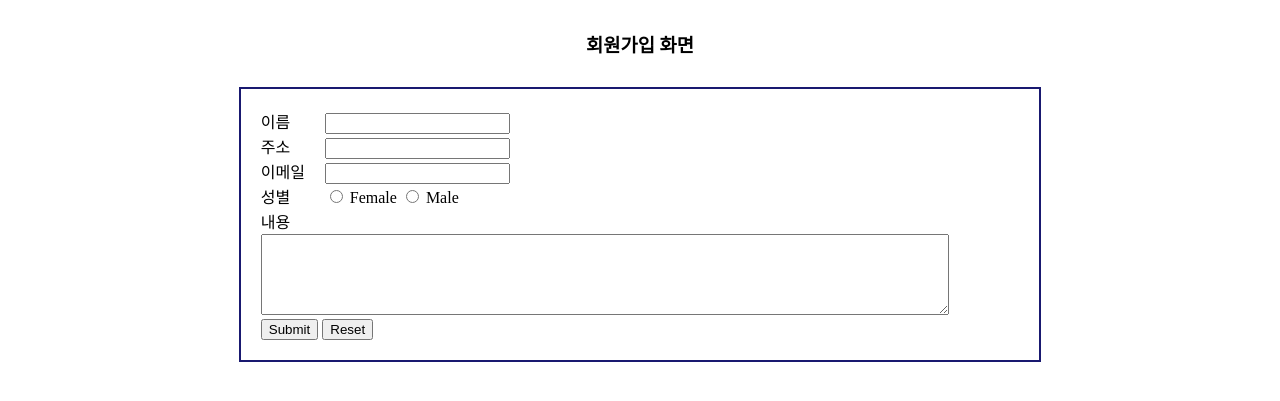
Repository: choidazzi/DDIT
Page: web programming/html/webpro/src/main/webapp/0425/form 연습.html
An editor plug-in stored every save of this project. The page is shown before and after the next save, followed by the edit.
The browser window is 1280 px wide. The pictures show the whole page.

Above is the page before, as saved 2023-04-25 03:29:33.

After the next save:
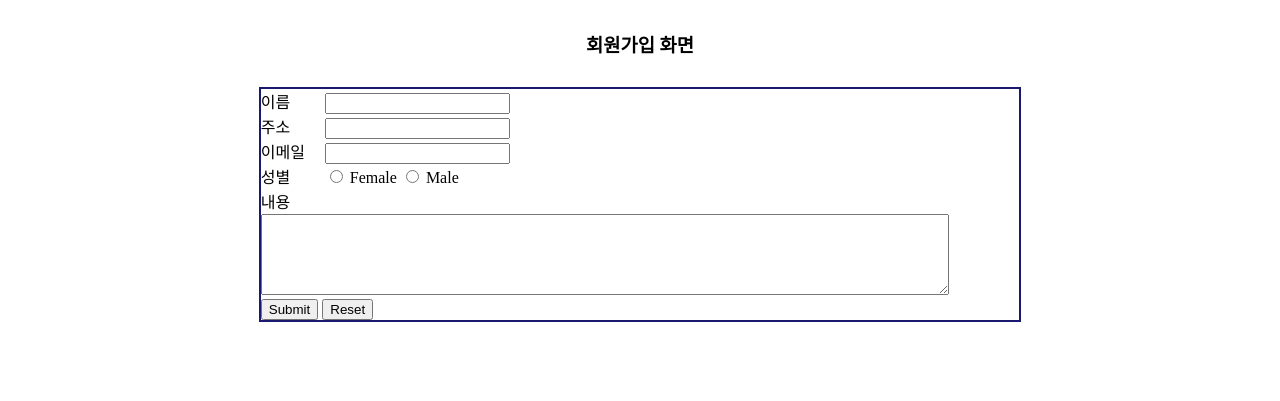
Saved 73 s later.
--- a/web programming/html/webpro/src/main/webapp/0425/form 연습.html
+++ b/web programming/html/webpro/src/main/webapp/0425/form 연습.html
@@ -12,7 +12,7 @@
 	width: 60%; border : 2px solid midnightblue;
 	margin: auto;
 	border: 2px solid midnightblue;
-	padding: 20px;
+	padding: 20px auto;
 }
 label {
 	display: inline-block;

After the save that followed:
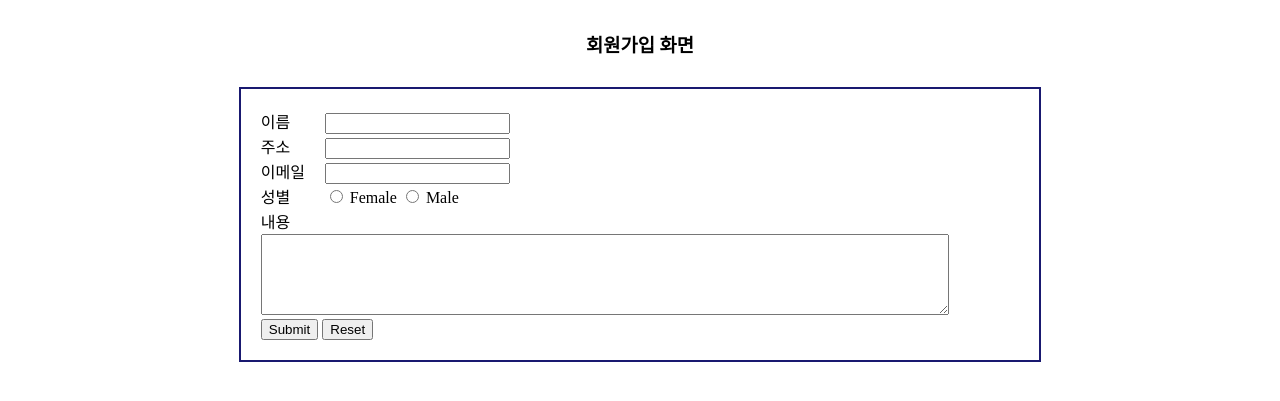
Saved 5 s later.
--- a/web programming/html/webpro/src/main/webapp/0425/form 연습.html
+++ b/web programming/html/webpro/src/main/webapp/0425/form 연습.html
@@ -12,7 +12,7 @@
 	width: 60%; border : 2px solid midnightblue;
 	margin: auto;
 	border: 2px solid midnightblue;
-	padding: 20px auto;
+	padding: 20px ;
 }
 label {
 	display: inline-block;
